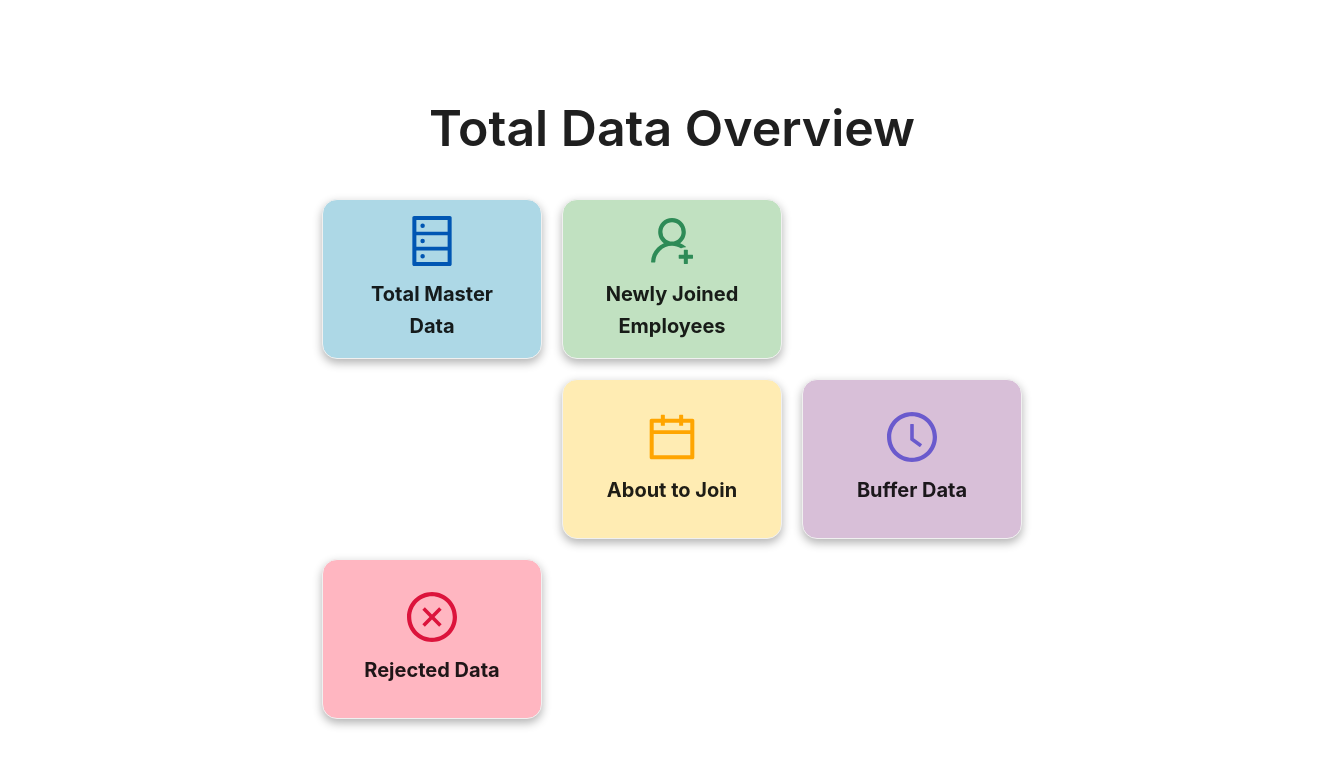
Repository: Moqueed/Delta_Iot
Page: /total-data (app in client/)
These files come from the project's save history. The page is drawn as it stood at one moment and after the next save; the edit follows.
The browser window is 1280 px wide. The page is 1344 px wide, so the pictures cover 1344 px, including what lies to the right of the window. The pictures show the whole page.
The project was rebuilt for these pictures with package versions that can differ from the ones it lists, and the page was loaded fresh each time. Also part of the build but not shown: client/vite.config.js, client/src/api/index.js, client/src/api/users.js, client/src/pages/Register/index.jsx, client/src/pages/Login/index.jsx, client/src/components/ProtectedRoute.jsx, client/src/pages/HR/HRDashboard.jsx, client/src/pages/Admin/AdminDashboard.jsx.

Above is the page before, as saved 2025-03-13 23:03:42.

### client/src/App.jsx
import { Route, Routes } from "react-router-dom";
import "./App.css";
import RegisterPage from "./pages/Register";
import LoginPage from "./pages/Login";
import ProtectedRoute from "./components/ProtectedRoute";
import HRDashboard from "./pages/HR/HRDashboard";
import AdminDashboard from "./pages/Admin/AdminDashboard";
import TotalDataPage from "./pages/HR/TotalDataPage";

function App() {
  return (
    <>
      <Routes>
        <Route path="/register" element={<RegisterPage />} />
        <Route path="/login" element={<LoginPage />} />
        <Route
          path="/hr-dashboard"
          element={
            <ProtectedRoute role="HR">
              <HRDashboard />
            </ProtectedRoute>
          }
        />
        <Route
          path="/admin-dashboard"
          element={
            <ProtectedRoute role="Admin">
              <AdminDashboard />
            </ProtectedRoute>
          }
        />
        <Route path="*" element={<LoginPage />} />
        <Route path="/total-data" element={<TotalDataPage/>}/>
      </Routes>
    </>
  );
}

export default App;

### client/src/pages/HR/TotalDataPage.jsx
import React from "react";
import { Card, Typography } from "antd";
import { DatabaseOutlined, UserAddOutlined, CalendarOutlined, ClockCircleOutlined, CloseCircleOutlined } from "@ant-design/icons";

const { Title } = Typography;

const TotalDataPage = () => {
  const sections = [
    { title: "Total Master Data", color: "#ADD8E6", icon: <DatabaseOutlined style={{ fontSize: "50px", color: "#0056b3" }} /> },
    { title: "Newly Joined Employees", color: "#C1E1C1", icon: <UserAddOutlined style={{ fontSize: "50px", color: "#2E8B57" }} /> },
    { title: "About to Join", color: "#FFECB3", icon: <CalendarOutlined style={{ fontSize: "50px", color: "#FFA500" }} /> },
    { title: "Buffer Data", color: "#D8BFD8", icon: <ClockCircleOutlined style={{ fontSize: "50px", color: "#6A5ACD" }} /> },
    { title: "Rejected Data", color: "#FFB6C1", icon: <CloseCircleOutlined style={{ fontSize: "50px", color: "#DC143C" }} /> },
  ];

  const cardStyle = {
    width: "220px",
    height: "160px",
    display: "flex",
    flexDirection: "column",
    alignItems: "center",
    justifyContent: "center",
    borderRadius: "15px",
    boxShadow: "0 4px 10px rgba(0, 0, 0, 0.3)",
    fontWeight: "bold",
    fontSize: "20px",
    cursor: "pointer",
    transition: "transform 0.3s ease, box-shadow 0.3s ease",
  };

  const handleHover = (e) => {
    e.currentTarget.style.transform = "scale(1.1)";
    e.currentTarget.style.boxShadow = "0 8px 20px rgba(0, 0, 0, 0.5)";
  };

  const handleLeave = (e) => {
    e.currentTarget.style.transform = "scale(1)";
    e.currentTarget.style.boxShadow = "0 4px 10px rgba(0, 0, 0, 0.3)";
  };

  return (
    <div
      style={{
        height: "100vh",
        width: "100vw",
        display: "flex",
        flexDirection: "column",
        alignItems: "center",
        justifyContent: "center",
        backgroundColor: "#ffffff",
        gap: "20px",
        overflow: "hidden",
      }}
    >
      <Title level={1} style={{ marginBottom: "20px", fontSize: "50px" }}>
        Total Data Overview
      </Title>

      <div style={{
        display: "grid",
        gridTemplateColumns: "1fr 1fr 1fr",
        gridTemplateRows: "1fr 1fr",
        gap: "20px",
        justifyItems: "center",
        alignItems: "center"
      }}>
        {sections.map((section, index) => (
          <Card
            key={index}
            style={{ ...cardStyle, backgroundColor: section.color, gridColumn: index === 2 ? "2 / 3" : "auto" }}
            onMouseEnter={handleHover}
            onMouseLeave={handleLeave}
          >
            {section.icon}
            <div style={{ marginTop: "10px" }}>{section.title}</div>
          </Card>
        ))}
      </div>
    </div>
  );
};

export default TotalDataPage;

Loaded but not shown: client/index.html (common file); client/src/main.jsx (common file); client/src/index.css (common file); client/src/App.css (common file)

After the next save:
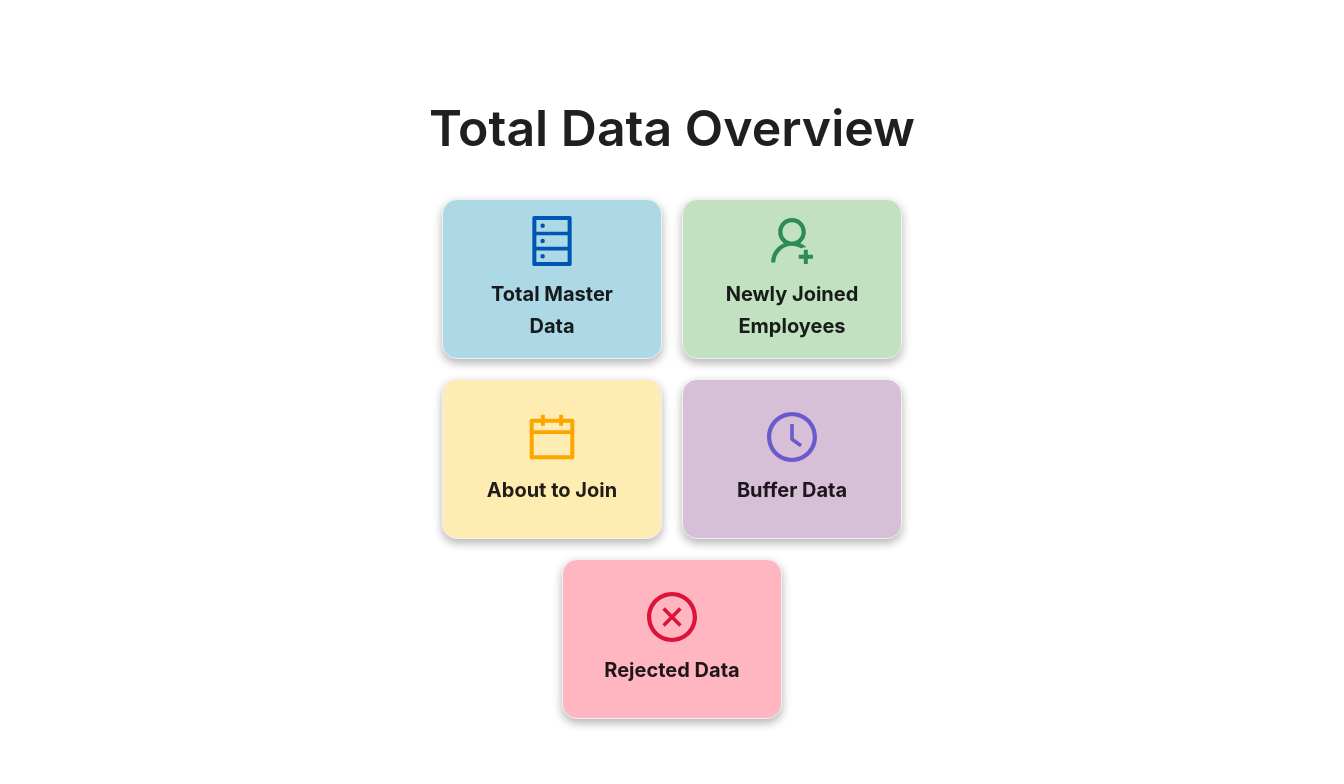
Saved 2 min 7 s later.
--- a/client/src/pages/HR/TotalDataPage.jsx
+++ b/client/src/pages/HR/TotalDataPage.jsx
@@ -58,8 +58,8 @@ const TotalDataPage = () => {
 
       <div style={{
         display: "grid",
-        gridTemplateColumns: "1fr 1fr 1fr",
-        gridTemplateRows: "1fr 1fr",
+        gridTemplateColumns: "1fr 1fr",
+        gridTemplateRows: "1fr 1fr 1fr",
         gap: "20px",
         justifyItems: "center",
         alignItems: "center"
@@ -67,7 +67,7 @@ const TotalDataPage = () => {
         {sections.map((section, index) => (
           <Card
             key={index}
-            style={{ ...cardStyle, backgroundColor: section.color, gridColumn: index === 2 ? "2 / 3" : "auto" }}
+            style={{ ...cardStyle, backgroundColor: section.color, gridColumn: index === 4 ? "1 / 3" : "auto" }}
             onMouseEnter={handleHover}
             onMouseLeave={handleLeave}
           >
